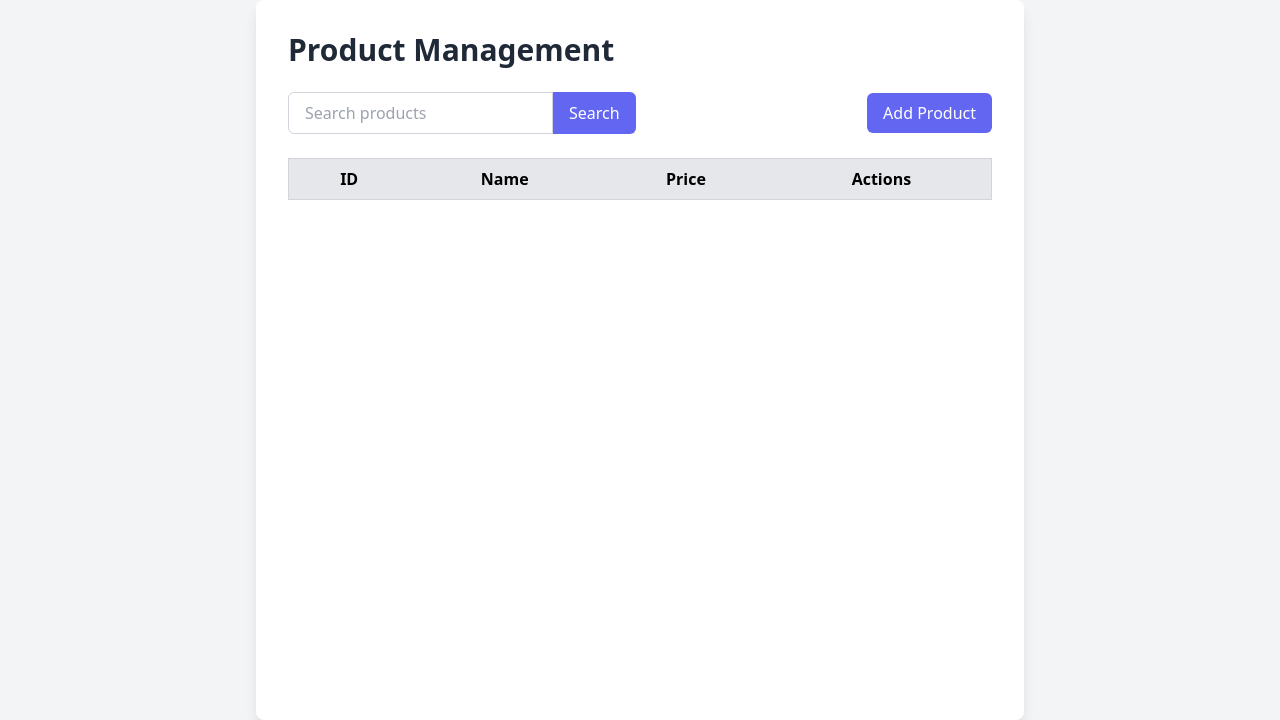
Repository: shaafsalman/product-Management-MERN
Page: /home (app in frontend/)
These files come from the project's save history. The page is drawn as it stood at one moment and after the next save; the edit follows.
The browser window is 1280 px wide. The pictures show the whole page.
The page's requests for data from a server got no answer. The project was rebuilt for these pictures with package versions that can differ from the ones it lists, and the page was loaded fresh each time. No one was signed in, and anything a server would have sent is missing. Also part of the build but not shown: frontend/vite.config.js, frontend/src/Cards/mesgCard.jsx, frontend/src/Pages/Login.jsx, frontend/src/Pages/SighnUp.jsx, frontend/src/Pages/NoPage.jsx, frontend/src/Pages/addproduct.jsx.

Above is the page before, as saved 2024-05-14 01:40:06.

After the next save:
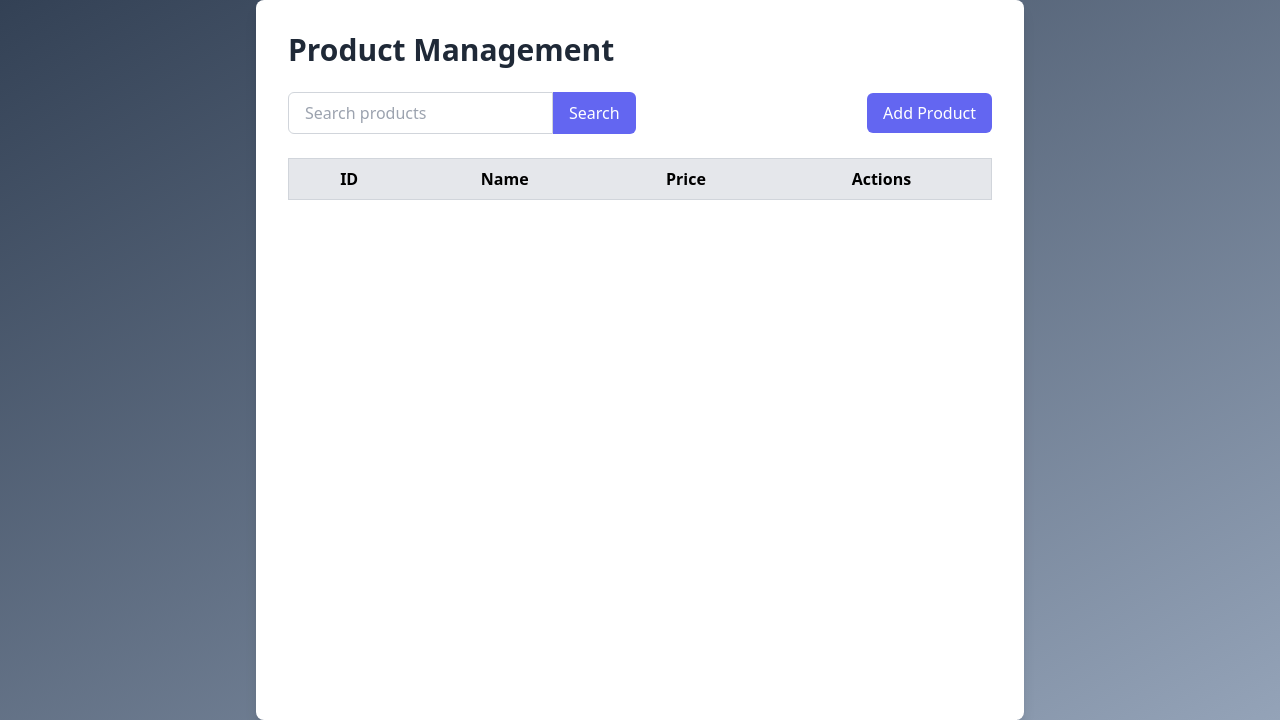
Saved 43 s later.
--- a/frontend/src/Pages/Home.jsx
+++ b/frontend/src/Pages/Home.jsx
@@ -41,7 +41,7 @@ const Home = () => {
     setSearchResults([...searchResults, newProduct]);
   };
   return (
-    <div className="flex justify-center  min-h-screen bg-gray-100">
+    <div className="flex justify-center  min-h-screen bg-gradient-to-br from-slate-700 to-slate-400 ">
       <div className="max-w-screen-md w-full bg-white shadow-lg rounded-lg p-8">
         <h2 className="text-3xl font-semibold text-gray-800 mb-6">Product Management</h2>
         <div className="flex items-center justify-between mb-6">
